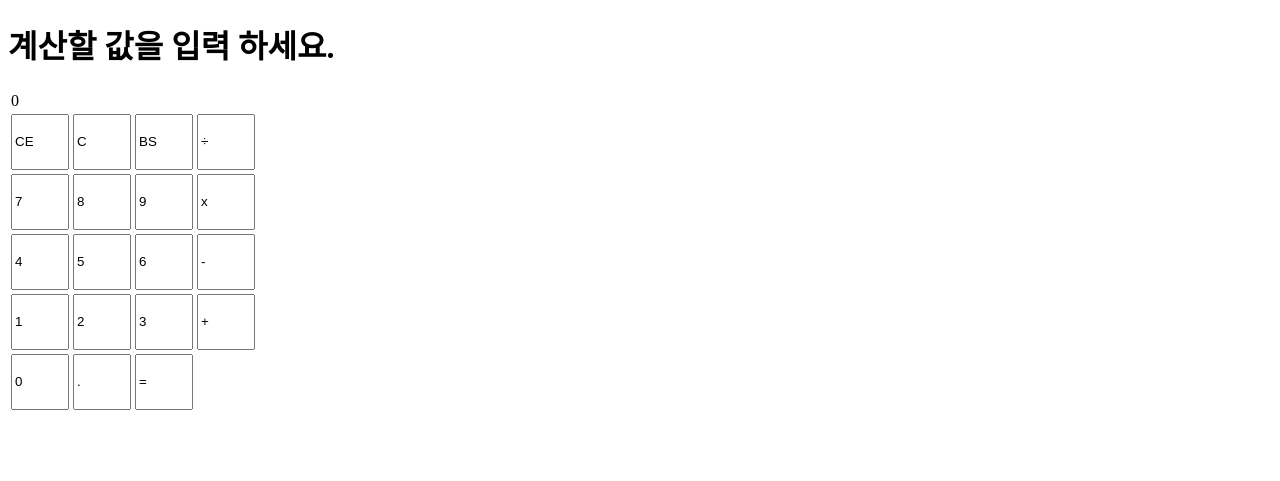
Repository: soyamilk0705/spring-newlecture
Page: ServeltAndJsp/JSPPrj/WebContent/calc3.html
These files come from the project's save history. The page is drawn as it stood at one moment and after the next save; the edit follows.
The browser window is 1280 px wide. The pictures show the whole page.

Above is the page before, as saved 2024-01-13 12:58:24.

### ServeltAndJsp/JSPPrj/WebContent/calc3.html
<!DOCTYPE html>
<html>
<head>
<meta charset="UTF-8">
<title>Insert title here</title>
<style>
	input{
		width: 50px;
		height: 50px;
	}
</style>
</head>
<body>
	<h1>계산할 값을 입력 하세요.</h1>
	<form action="/calc3" method="post">
		<table>
			<tr>
				<td class="output" colspan="4">0</td>
			</tr>
			<tr>
				<td><input type="" name="" value="CE" /></td>
				<td><input type="" name="" value="C" /></td>
				<td><input type="" name="" value="BS" /></td>
				<td><input type="" name="" value="÷" /></td>
			</tr>
			<tr>
				<td><input type="" name="" value="7" /></td>
				<td><input type="" name="" value="8" /></td>
				<td><input type="" name="" value="9" /></td>
				<td><input type="" name="" value="x" /></td>
			</tr>
			<tr>
				<td><input type="" name="" value="4" /></td>
				<td><input type="" name="" value="5" /></td>
				<td><input type="" name="" value="6" /></td>
				<td><input type="" name="" value="-" /></td>
			</tr>
			<tr>
				<td><input type="" name="" value="1" /></td>
				<td><input type="" name="" value="2" /></td>
				<td><input type="" name="" value="3" /></td>
				<td><input type="" name="" value="+" /></td>
			</tr>
			<tr>
				<td><input type="" name="" value="0" /></td>
				<td><input type="" name="" value="." /></td>
				<td><input type="" name="" value="=" /></td>
			</tr>
		</table>
	</form>
</body>
</html>

After the next save:
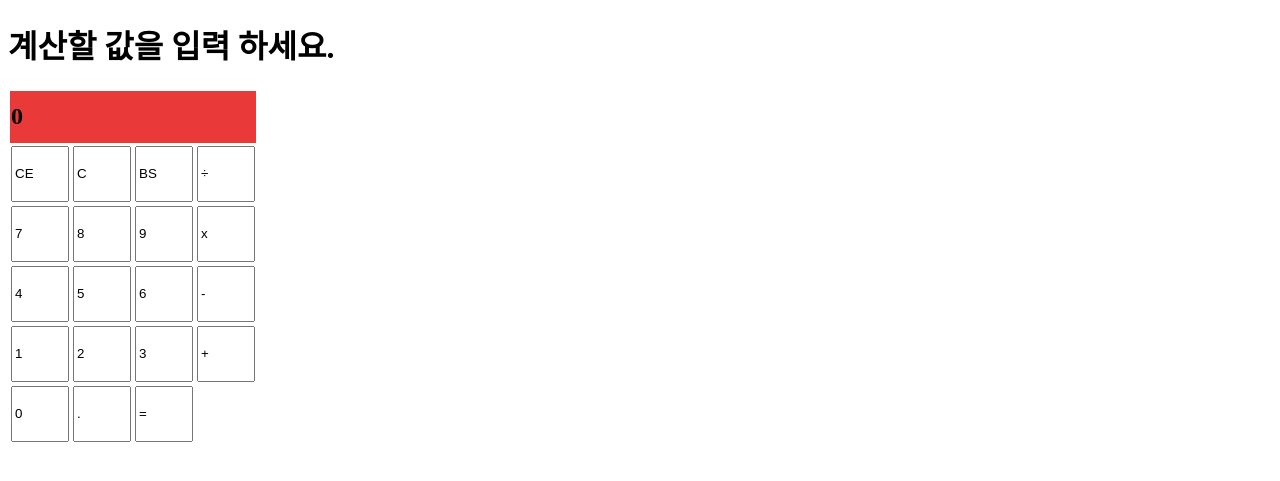
Saved 37 s later.
--- a/ServeltAndJsp/JSPPrj/WebContent/calc3.html
+++ b/ServeltAndJsp/JSPPrj/WebContent/calc3.html
@@ -4,10 +4,16 @@
 <meta charset="UTF-8">
 <title>Insert title here</title>
 <style>
-	input{
-		width: 50px;
-		height: 50px;
-	}
+input{
+	width: 50px;
+	height: 50px;
+}
+.output{
+	height: 50px;
+	background: #e93939;
+	font-size: 24px;
+	font-weight: bold;
+}
 </style>
 </head>
 <body>
